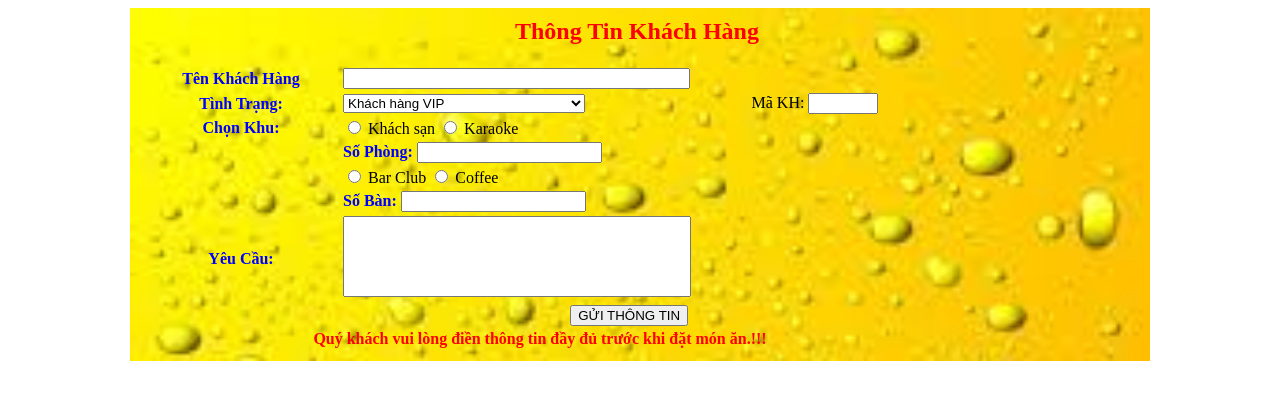
Repository: Tan-Khang21/TH_TKW--Buoi_04
Page: Bai_Tap_Tren_Lop/Bai_02/Frame6.html
The author's editor kept a copy of each file at every save. The page is drawn from the files as they stood at one save, then again after a run of saves.
The browser window is 1280 px wide. The pictures show the whole page.

Above is the page before, as saved 2024-03-06 14:35:07.

After the next 2 saves:
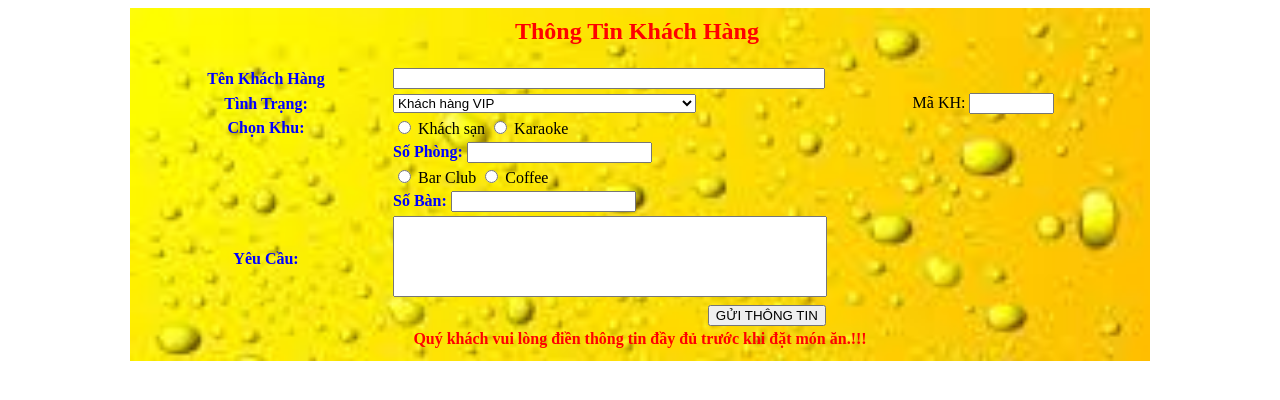
The 2 saves are shown as one change because they came seconds apart.
The last was saved 42 s later.
--- a/Bai_Tap_Tren_Lop/Bai_02/Frame6.html
+++ b/Bai_Tap_Tren_Lop/Bai_02/Frame6.html
@@ -17,7 +17,7 @@
       "
     >
       <h2 style="width: 25%; margin: 0 auto; color: red;">Thông Tin Khách Hàng</h2>
-    <table  style="Width: 800px; margin-top: 20px;">
+    <table  style="Width: 1000px; margin-top: 20px;">
         <tr>
             <th style="width: 25%; color: blue;">Tên Khách Hàng</th>
             <td  colspan="2"><input type="text" style="width: 57%;"></td>
